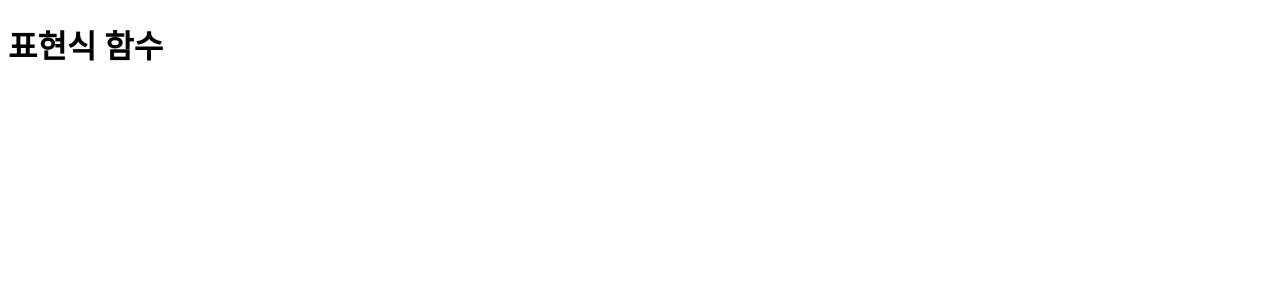
Repository: Dalso13/workspace
Page: workspace_web/chapter03_javascript/WebContent/04_함수/Ex05_선언적함수_표현식함수.html
The author's editor kept a copy of each file at every save. The page is drawn from the files as they stood at one save, then again after the next save.
The browser window is 1280 px wide. The pictures show the whole page.

Above is the page before, as saved 2023-05-10 03:46:04.

After the next save:
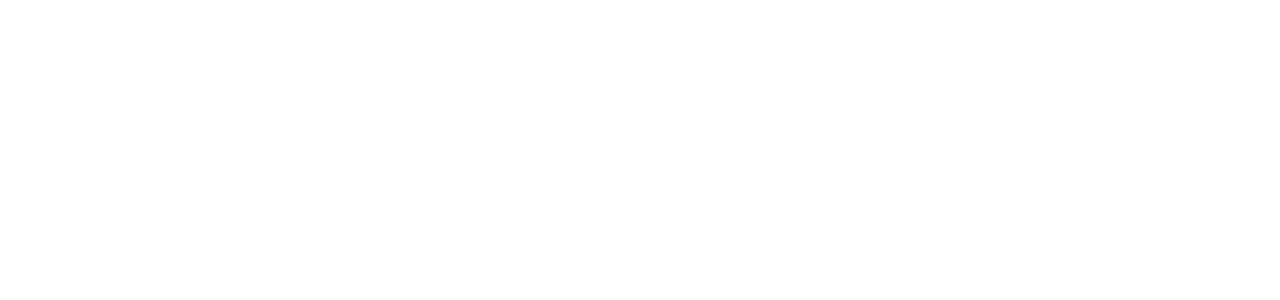
Console error: SyntaxError: Identifier 'view' has already been declared
Saved 9 s later.
--- a/workspace_web/chapter03_javascript/WebContent/04_함수/Ex05_선언적함수_표현식함수.html
+++ b/workspace_web/chapter03_javascript/WebContent/04_함수/Ex05_선언적함수_표현식함수.html
@@ -12,7 +12,7 @@
 
 	// 2. 표현식 함수 정의
 
-	var view = function() {
+	let view = function() {
 		document.write("<h1>표현식 함수</h1>")
 	}
 

After the save that followed:
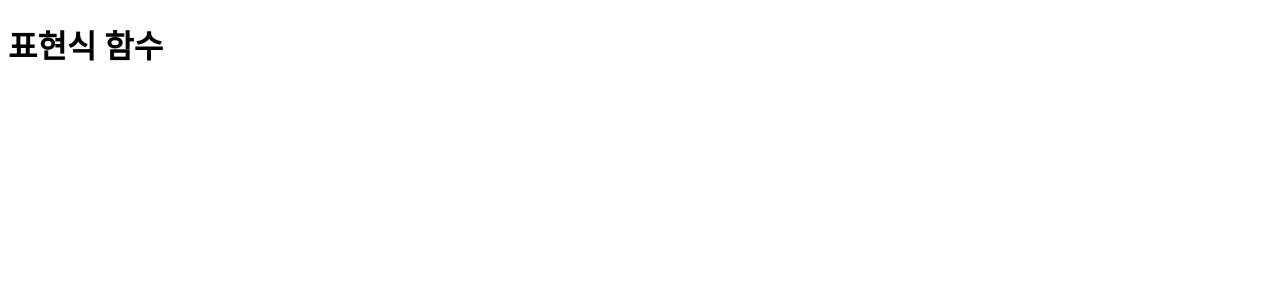
The error is gone.
Saved 7 s later.
--- a/workspace_web/chapter03_javascript/WebContent/04_함수/Ex05_선언적함수_표현식함수.html
+++ b/workspace_web/chapter03_javascript/WebContent/04_함수/Ex05_선언적함수_표현식함수.html
@@ -12,7 +12,7 @@
 
 	// 2. 표현식 함수 정의
 
-	let view = function() {
+	var view = function() {
 		document.write("<h1>표현식 함수</h1>")
 	}
 
